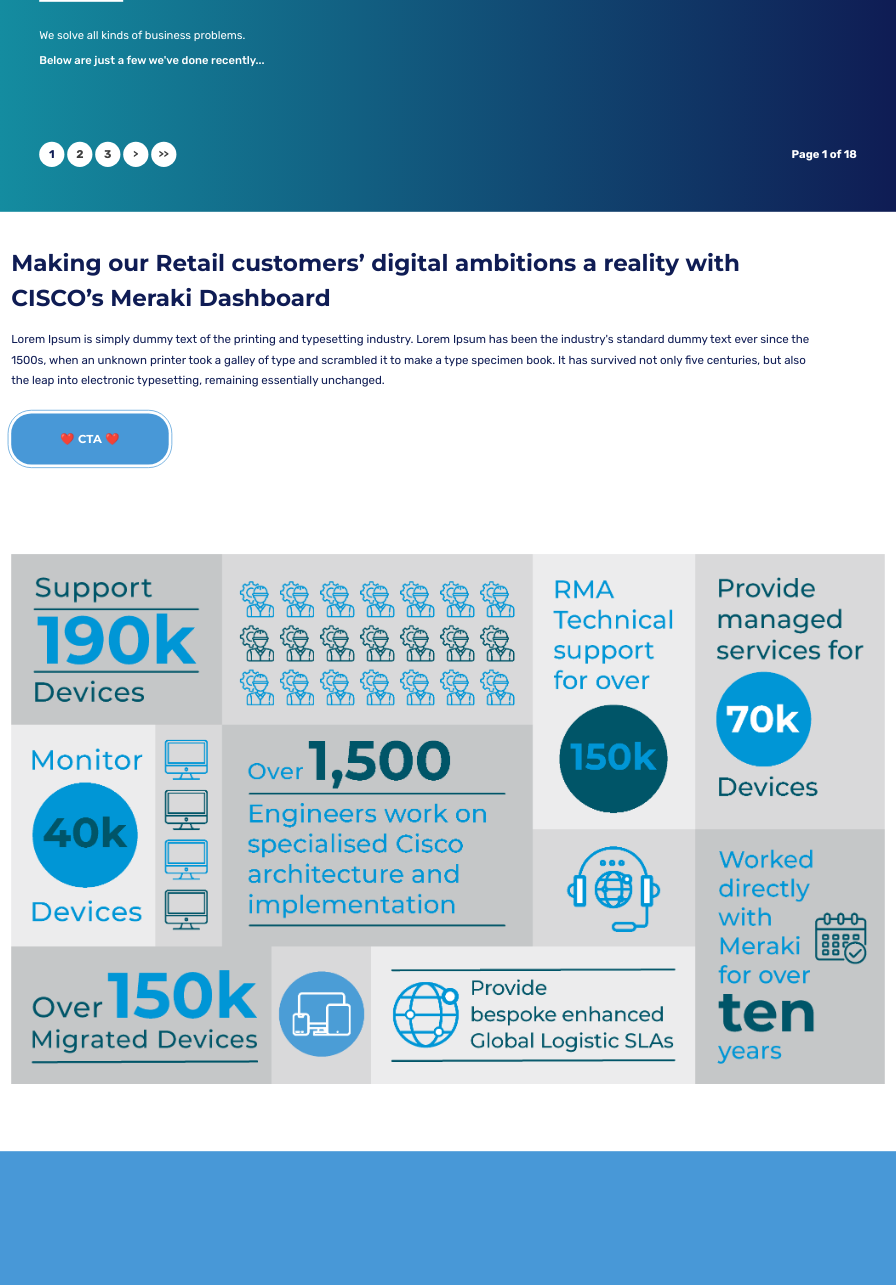
Repository: spaceship9999/ReactIsBack
Page: /
These files come from the project's save history. The page is drawn as it stood at one moment and after the next save; the edit follows.
The browser window is 1280 px wide. The pictures show the part of the page from y = 992 to 2912 px (the page is 2828 px tall before and 2912 px after), at 70% of full size.
The page's requests for data from a server got no answer. The project was rebuilt for these pictures with package versions that can differ from the ones it lists, and the page was loaded fresh each time. The framework's server and built-in components were replaced by stand-ins that run in the browser. No one was signed in, and anything a server would have sent is missing. Also part of the build but not shown: next.config.js.

Above is the page before, as saved 2023-03-26 22:58:12.

After the next save:
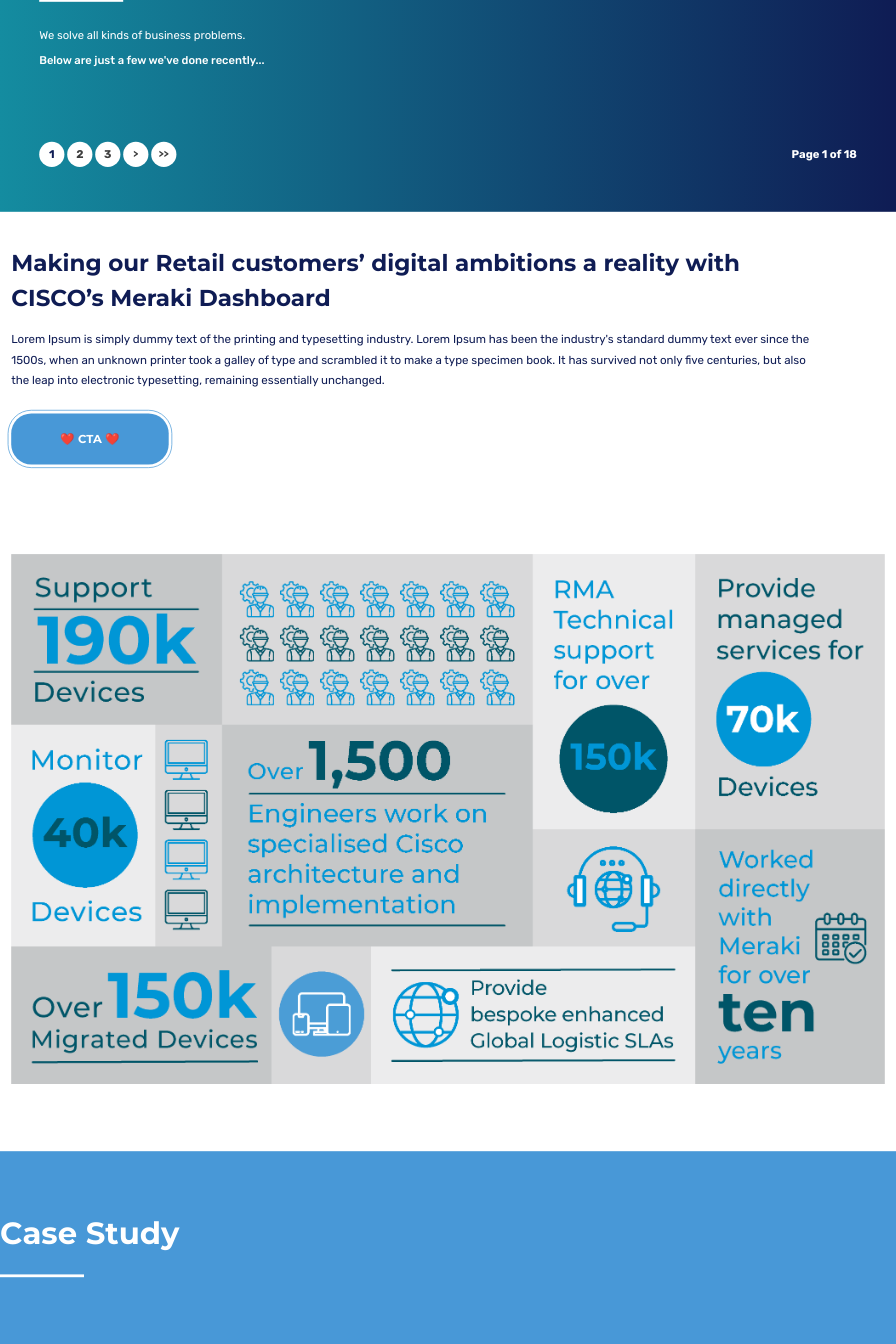
Saved 56 s later.
--- a/src/app/CaseStudy.tsx
+++ b/src/app/CaseStudy.tsx
@@ -5,6 +5,10 @@
     const posts = usePosts();
     return (
         <div className="bg-light-blue py-24">
+            <h2 className="text-white t-48 font-montserrat font-bold pb-4 lg:pb-10 relative leading-none
+                        after:absolute after:left-0 after:bottom-0 after:h-[4px] after:w-[120px] after:bg-white">
+                Case Study
+            </h2>
             <div className="container">
                 <div className="grid grid-cols-1 md:grid-cols-2 lg:grid-cols-3 gap-x-9 gap-y-8 xl:gap-x-[72px] xl:gap-y-[60px] ">
                     {
